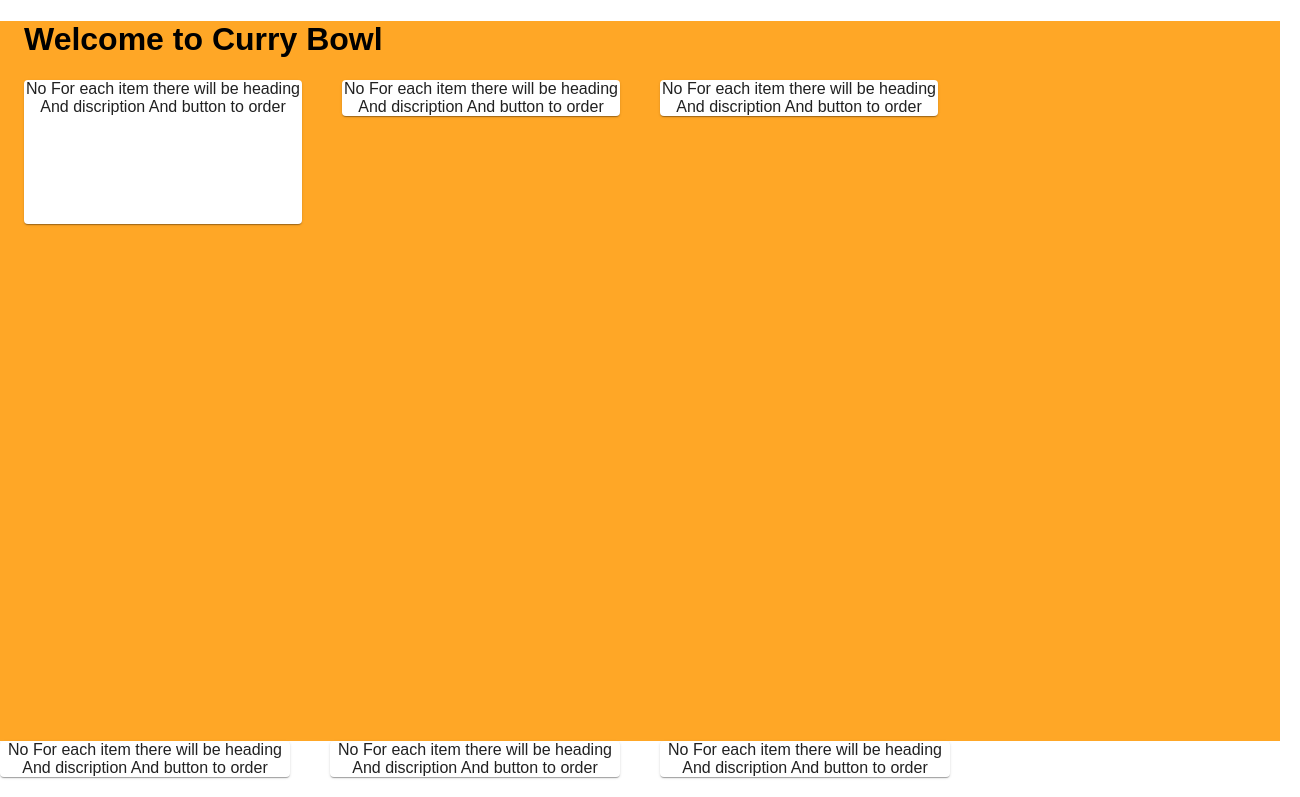
Repository: appikonda/food-order
Page: /
An editor plug-in stored every save of this project. The page is shown before and after the next save, followed by the edit.
The browser window is 1280 px wide. The page is 1300 px wide, so the pictures cover 1300 px, including what lies to the right of the window. The pictures show the whole page.
The project was rebuilt for these pictures with package versions that can differ from the ones it lists, and the page was loaded fresh each time. Also part of the build but not shown: webpack.config.js, src/App.css.

Above is the page before, as saved 2019-08-15 17:13:22.

After the next save:
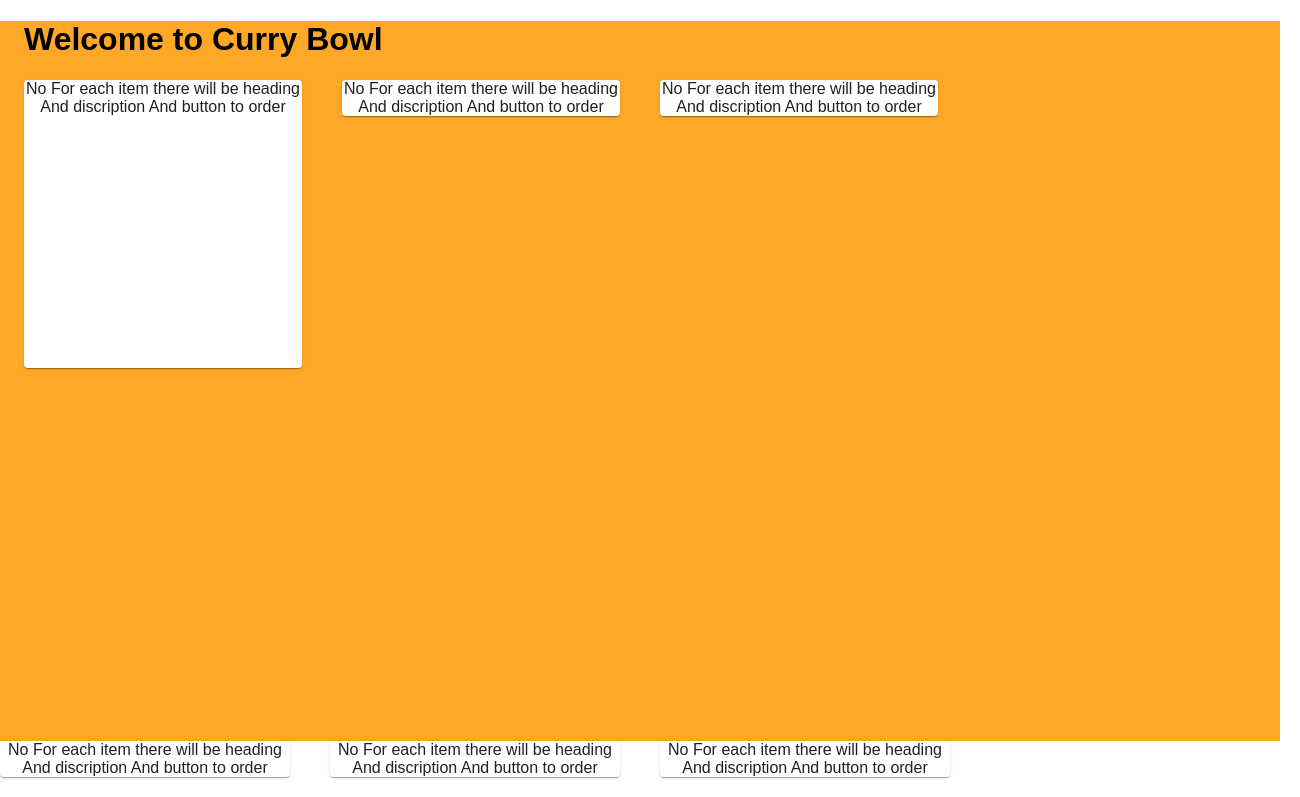
Saved 11 s later.
--- a/src/OrderFood.jsx
+++ b/src/OrderFood.jsx
@@ -26,7 +26,7 @@ class OrderFood extends Component {
       <Grid container spacing={5}>
 
         <Grid item xs={6} sm={3}  >
-          <Paper style={{      textAlign: 'center',      color: '#212121', height: '20vh'  }}>No   For each item there will be heading
+          <Paper style={{      textAlign: 'center',      color: '#212121', height: '40vh'  }}>No   For each item there will be heading
   And discription
   And button to order</Paper>
         </Grid>
